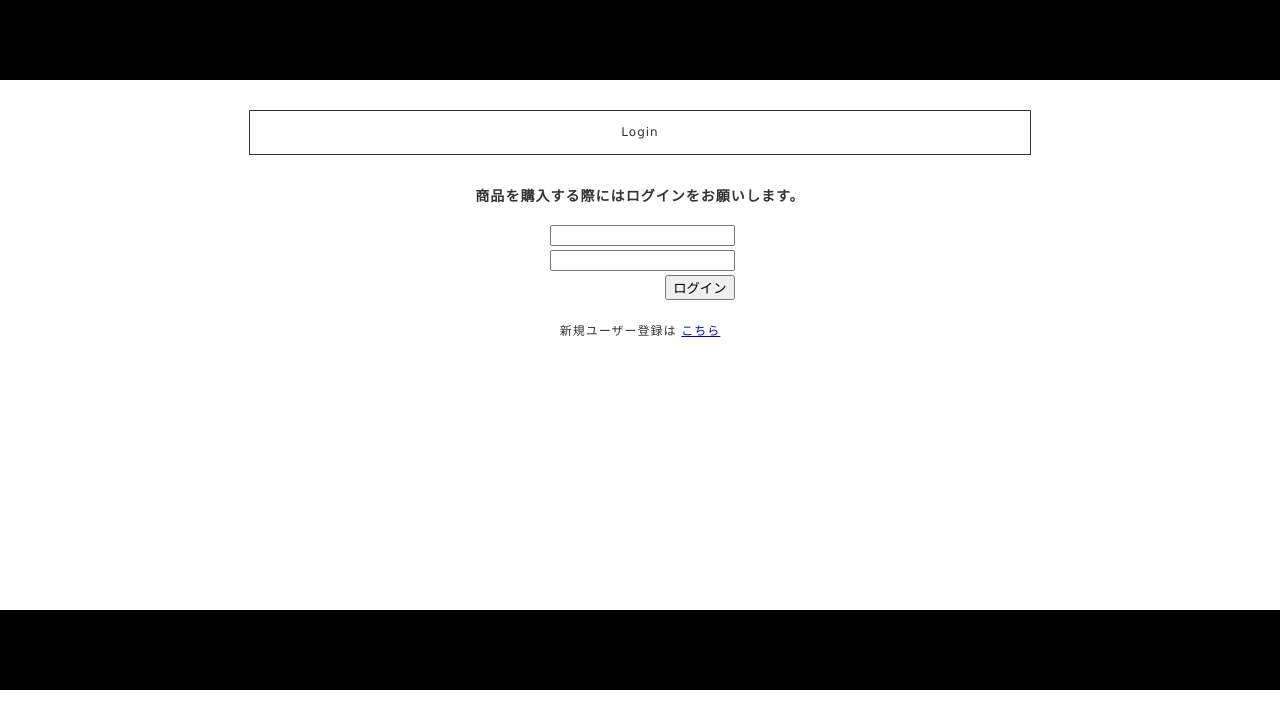
Repository: user-yo-yo/test
Page: http://localhost/template/login.jsp
These files come from the project's save history. The page is drawn as it stood at one moment and after the next save; the edit follows.
The browser window is 1280 px wide. The pictures show the whole page.
The page is served by Tomcat 9.

Above is the page before, as saved 2019-03-08 08:41:18.

After the next save:
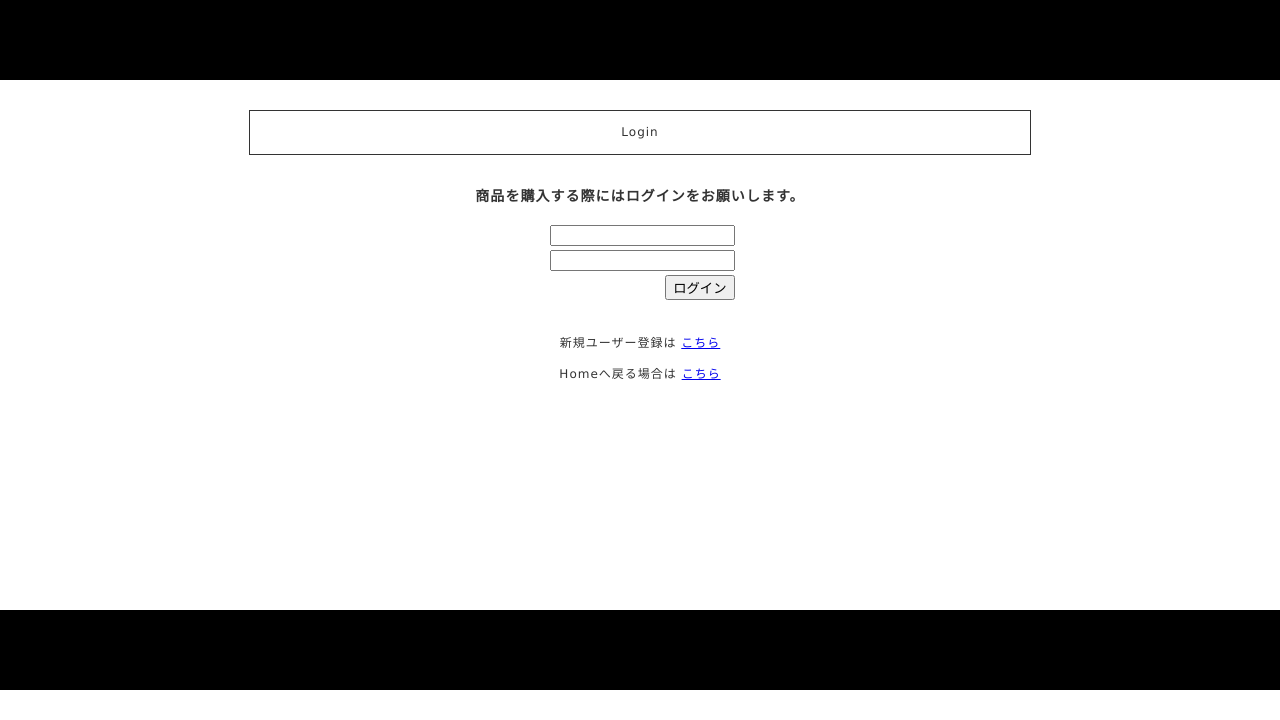
Saved 13 min 8 s later.
--- a/template/WebContent/login.jsp
+++ b/template/WebContent/login.jsp
@@ -76,9 +76,12 @@
 			</s:form>
 			<br/>
 			<div>
-				<span>新規ユーザー登録は
+				<p>新規ユーザー登録は
 					<a href='<s:url action="UserCreateAction" />'>こちら</a>
-				</span>
+				</p>
+				<p>Homeへ戻る場合は
+					<a href='<s:url action="GoHomeAction" />'>こちら</a>
+				</p>
 			</div>
 		</div>
 	</div>
